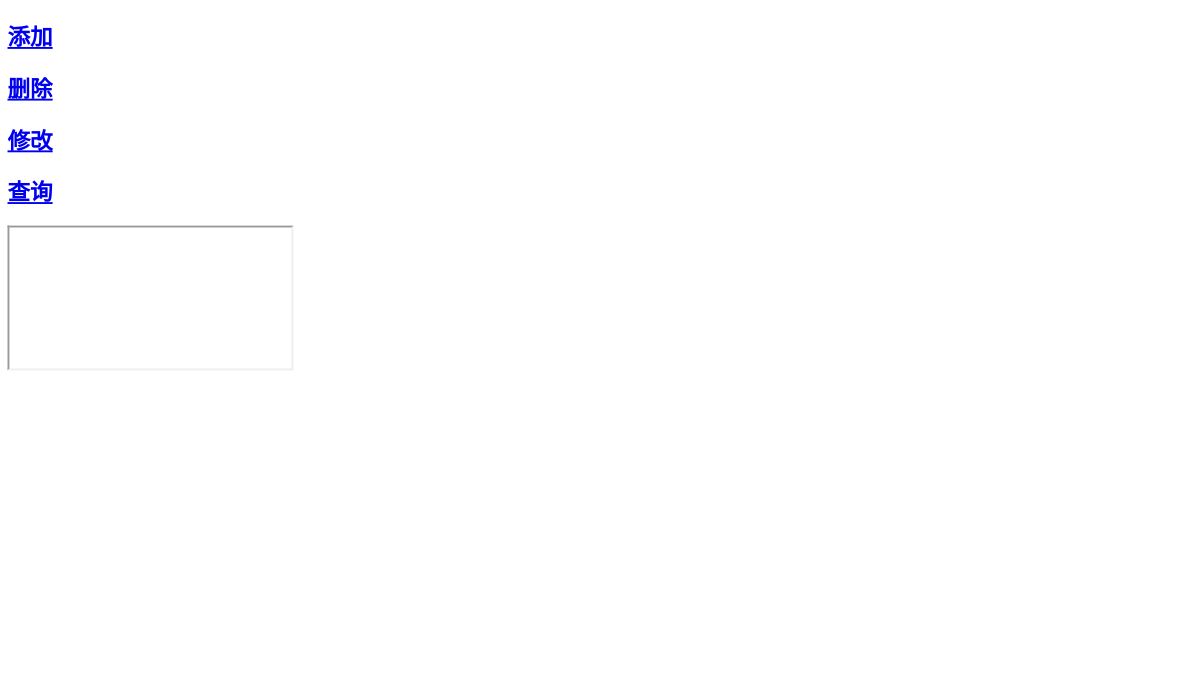
Repository: Matty-GCU/MyEclipse
Page: Java_Web_Learning/WebRoot/chapter06_JSP&JDBC/homework/stu_info_mng_sys.html
These files come from the project's save history. The page is drawn as it stood at one moment and after the next save; the edit follows.
The browser window is 1280 px wide. The pictures show the whole page, at 94% of full size.

Above is the page before, as saved 2021-10-16 09:18:52.

After the next save:
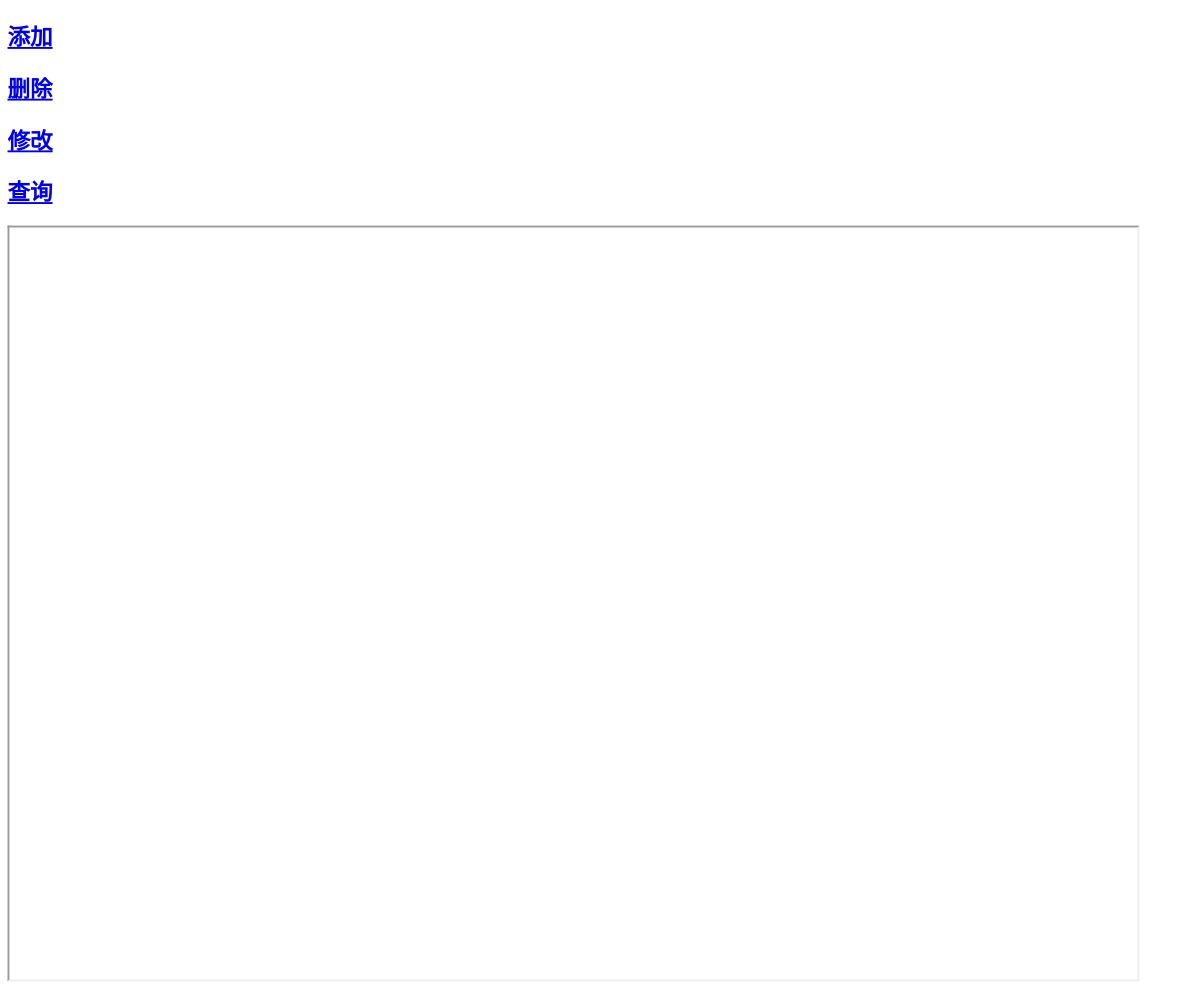
Saved 23 s later.
--- a/Java_Web_Learning/WebRoot/chapter06_JSP&JDBC/homework/stu_info_mng_sys.html
+++ b/Java_Web_Learning/WebRoot/chapter06_JSP&JDBC/homework/stu_info_mng_sys.html
@@ -15,8 +15,7 @@
 		<h2><a href="delete.jsp" target="frame">删除</a></h2>
 		<h2><a href="update.jsp" target="frame">修改</a></h2>
 		<h2><a href="search.jsp" target="frame">查询</a></h2>
-		<iframe name="frame">
-
+		<iframe name="frame" width=1200px height=800px>
 		</iframe>
 	</body>
 </html>
